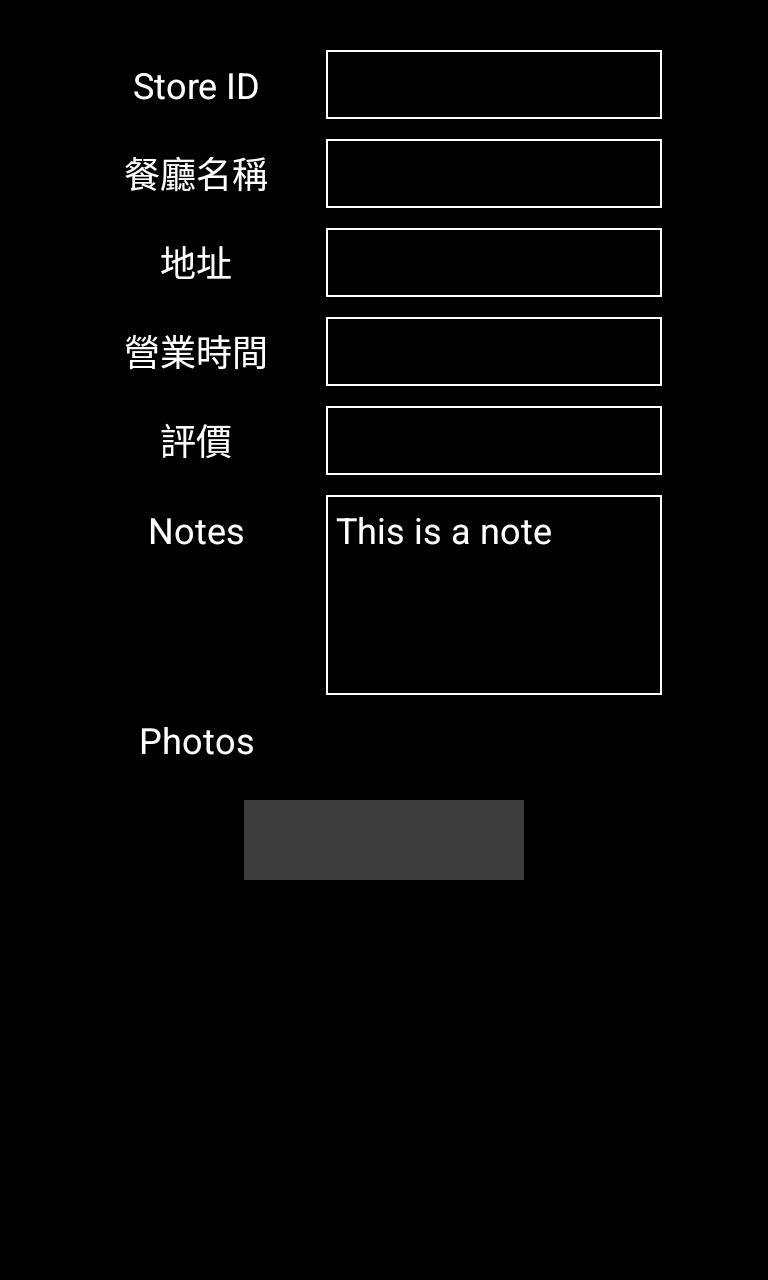
Repository: cnevinc/togather
Layout: GeorgeMe/res/layout/act_invatation.xml
An editor plug-in stored every save of this project. The layout is shown before and after the next save, followed by the edit.
It is drawn on a 768 x 1280 px phone screen (xhdpi) without system bars, with theme android:Theme.Holo; the app's code is not run.

Above is the layout before, as saved 2014-07-27 00:53:10.

### GeorgeMe/res/layout/act_invatation.xml
<?xml version="1.0" encoding="utf-8"?>
<RelativeLayout xmlns:android="http://schemas.android.com/apk/res/android"
    android:layout_width="match_parent"
    android:layout_height="match_parent"
    android:background="#000000"
    android:orientation="vertical" >


    <ScrollView
        android:layout_width="fill_parent"
        android:layout_height="wrap_content"
        android:layout_below="@+id/ll1"
        android:layout_centerHorizontal="true"
        android:layout_marginTop="15dp"
        android:fillViewport="true" >

        <RelativeLayout
            android:id="@+id/rel_r3"
            android:layout_width="fill_parent"
            android:layout_height="wrap_content" >

            <RelativeLayout
                android:id="@+id/rel_r1"
                android:layout_width="wrap_content"
                android:layout_height="wrap_content"
                android:layout_centerHorizontal="true"
                android:layout_marginTop="10dp"
                android:gravity="center|top" >

                <LinearLayout
                    android:id="@+id/lin_l1"
                    android:layout_width="wrap_content"
                    android:layout_height="wrap_content"
                    android:orientation="horizontal" >

                    <TextView
                        android:layout_width="90dp"
                        android:layout_height="wrap_content"
                        android:gravity="center"
                        android:text="Store ID"
                        android:textAppearance="?android:attr/textAppearanceMedium"
                        android:textColor="#ffffff" />

                    <EditText
                        android:id="@+id/et_store_id"
                        android:layout_width="wrap_content"
                        android:layout_height="wrap_content"
                        android:layout_marginLeft="20dp"
                        android:background="@drawable/edittext_border"
                        android:ems="8"
                        android:padding="5dp"
                        android:textColor="#ffffff" />
                </LinearLayout>

                <LinearLayout
                    android:id="@+id/lin_l2"
                    android:layout_width="wrap_content"
                    android:layout_height="wrap_content"
                    android:layout_below="@id/lin_l1"
                    android:layout_marginTop="10dp"
                    android:orientation="horizontal" >

                    <TextView
                        android:layout_width="90dp"
                        android:layout_height="wrap_content"
                        android:gravity="center"
                        android:text="餐廳名稱"
                        android:textAppearance="?android:attr/textAppearanceMedium"
                        android:textColor="#ffffff" />

                    <EditText
                        android:id="@+id/et_brand"
                        android:layout_width="wrap_content"
                        android:layout_height="wrap_content"
                        android:layout_marginLeft="20dp"
                        android:background="@drawable/edittext_border"
                        android:ems="8"
                        android:padding="5dp"
                        android:textColor="#ffffff" />
                </LinearLayout>

                <LinearLayout
                    android:id="@+id/lin_l3"
                    android:layout_width="wrap_content"
                    android:layout_height="wrap_content"
                    android:layout_below="@id/lin_l2"
                    android:layout_marginTop="10dp"
                    android:orientation="horizontal" >

                    <TextView
                        android:layout_width="90dp"
                        android:layout_height="wrap_content"
                        android:gravity="center"
                        android:text="地址"
                        android:textAppearance="?android:attr/textAppearanceMedium"
                        android:textColor="#ffffff" />

                    <EditText
                        android:id="@+id/et_model"
                        android:layout_width="wrap_content"
                        android:layout_height="wrap_content"
                        android:layout_marginLeft="20dp"
                        android:background="@drawable/edittext_border"
                        android:ems="8"
                        android:padding="5dp"
                        android:textColor="#ffffff" />
                </LinearLayout>

                <LinearLayout
                    android:id="@+id/lin_l4"
                    android:layout_width="wrap_content"
                    android:layout_height="wrap_content"
                    android:layout_below="@id/lin_l3"
                    android:layout_marginTop="10dp"
                    android:orientation="horizontal" >

                    <TextView
                        android:layout_width="90dp"
                        android:layout_height="wrap_content"
                        android:gravity="center"
                        android:text="營業時間"
                        android:textAppearance="?android:attr/textAppearanceMedium"
                        android:textColor="#ffffff" />

                    <EditText
                        android:id="@+id/et_os"
                        android:layout_width="wrap_content"
                        android:layout_height="wrap_content"
                        android:layout_marginLeft="20dp"
                        android:background="@drawable/edittext_border"
                        android:ems="8"
                        android:padding="5dp"
                        android:textColor="#ffffff" />
                </LinearLayout>

                <LinearLayout
                    android:id="@+id/lin_l5"
                    android:layout_width="wrap_content"
                    android:layout_height="wrap_content"
                    android:layout_below="@id/lin_l4"
                    android:layout_marginTop="10dp"
                    android:orientation="horizontal" >

                    <TextView
                        android:layout_width="90dp"
                        android:layout_height="wrap_content"
                        android:gravity="center"
                        android:text="評價"
                        android:textAppearance="?android:attr/textAppearanceMedium"
                        android:textColor="#ffffff" />

                    <EditText
                        android:id="@+id/et_date"
                        android:layout_width="wrap_content"
                        android:layout_height="wrap_content"
                        android:layout_marginLeft="20dp"
                        android:background="@drawable/edittext_border"
                        android:ems="8"
                        android:padding="5dp"
                        android:textColor="#ffffff" />
                </LinearLayout>

                <LinearLayout
                    android:id="@+id/lin_l6"
                    android:layout_width="wrap_content"
                    android:layout_height="wrap_content"
                    android:layout_below="@id/lin_l5"
                    android:layout_marginTop="10dp"
                    android:orientation="horizontal" >

                    <TextView
                        android:layout_width="90dp"
                        android:layout_height="wrap_content"
                        android:gravity="center"
                        android:text="Notes"
                        android:textAppearance="?android:attr/textAppearanceMedium"
                        android:textColor="#ffffff" />

                    <EditText
                        android:id="@+id/et_notes"
                        android:layout_width="wrap_content"
                        android:layout_height="100dp"
                        android:layout_marginLeft="20dp"
                        android:background="@drawable/edittext_border"
                        android:ems="8"
                        android:gravity="left|top"
                        android:padding="5dp"
                        android:text="This is a note"
                        android:textColor="#ffffff" />
                </LinearLayout>

                <LinearLayout
                    android:id="@+id/lin_l7"
                    android:layout_width="wrap_content"
                    android:layout_height="wrap_content"
                    android:layout_below="@id/lin_l6"
                    android:layout_marginTop="10dp"
                    android:orientation="horizontal" >

                    <TextView
                        android:layout_width="90dp"
                        android:layout_height="wrap_content"
                        android:gravity="center"
                        android:text="Photos"
                        android:textAppearance="?android:attr/textAppearanceMedium"
                        android:textColor="#ffffff" />

                </LinearLayout>

                <Button
                    android:id="@+id/btn_continue"
                    android:layout_width="140dp"
                    android:layout_height="40dp"
                    android:layout_below="@+id/lin_l7"
                    android:layout_centerInParent="true"
                    android:layout_marginTop="18dp"
                    android:layout_marginBottom="20dp"
                    android:background="#3c3c3c"
                    android:textAppearance="?android:attr/textAppearanceMedium"
                    android:textColor="#ffffff" />
            </RelativeLayout>
        </RelativeLayout>
    </ScrollView>

</RelativeLayout>

### GeorgeMe/res/drawable/edittext_border.xml
<?xml version="1.0" encoding="utf-8"?>
<shape xmlns:android="http://schemas.android.com/apk/res/android"
    android:shape="rectangle" >

    <solid android:color="#000000" />

    <stroke
        android:width="2px"
        android:color="#FFFFFF" />

</shape>

After the next save:
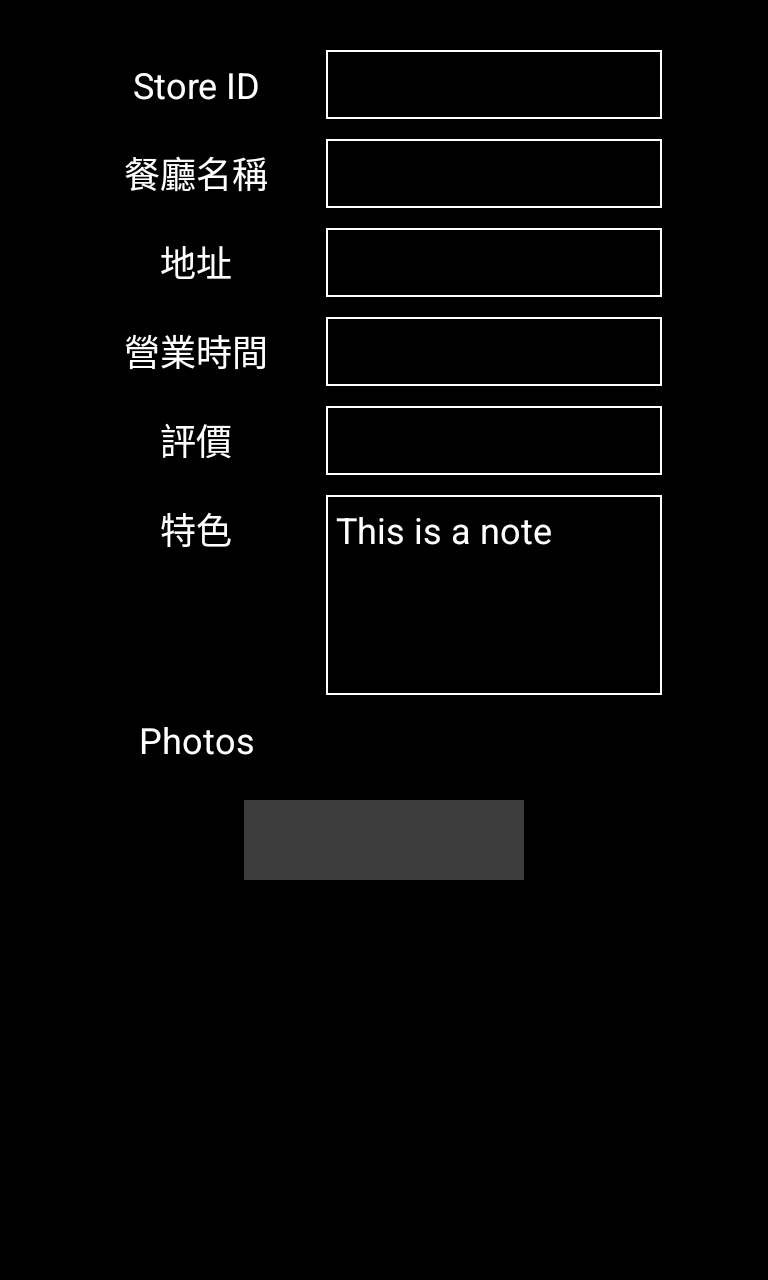
Saved 16 s later.
--- a/GeorgeMe/res/layout/act_invatation.xml
+++ b/GeorgeMe/res/layout/act_invatation.xml
@@ -172,7 +172,7 @@
                         android:layout_width="90dp"
                         android:layout_height="wrap_content"
                         android:gravity="center"
-                        android:text="Notes"
+                        android:text="特色"
                         android:textAppearance="?android:attr/textAppearanceMedium"
                         android:textColor="#ffffff" />
 
